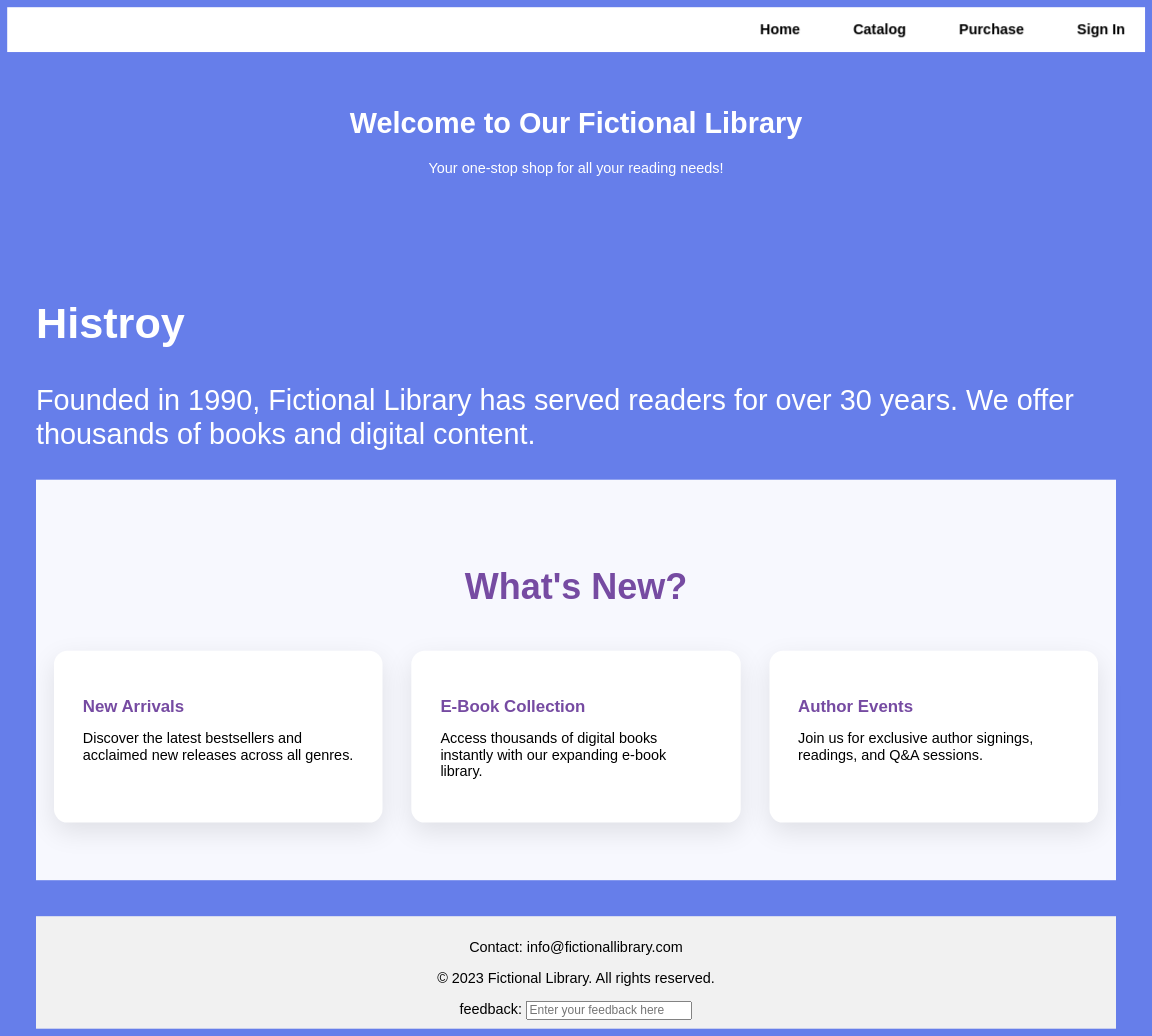
Repository: Ibrahim-Abohola/BookStore
Page: Homepage.html
These files come from the project's save history. The page is drawn as it stood at one moment and after a run of saves; the edit follows.
The browser window is 1280 px wide. The pictures show the whole page, at 90% of full size.

Above is the page before, as saved 2025-07-16 01:03:51.
Not found: images/banner.jpg

After the next 2 saves:
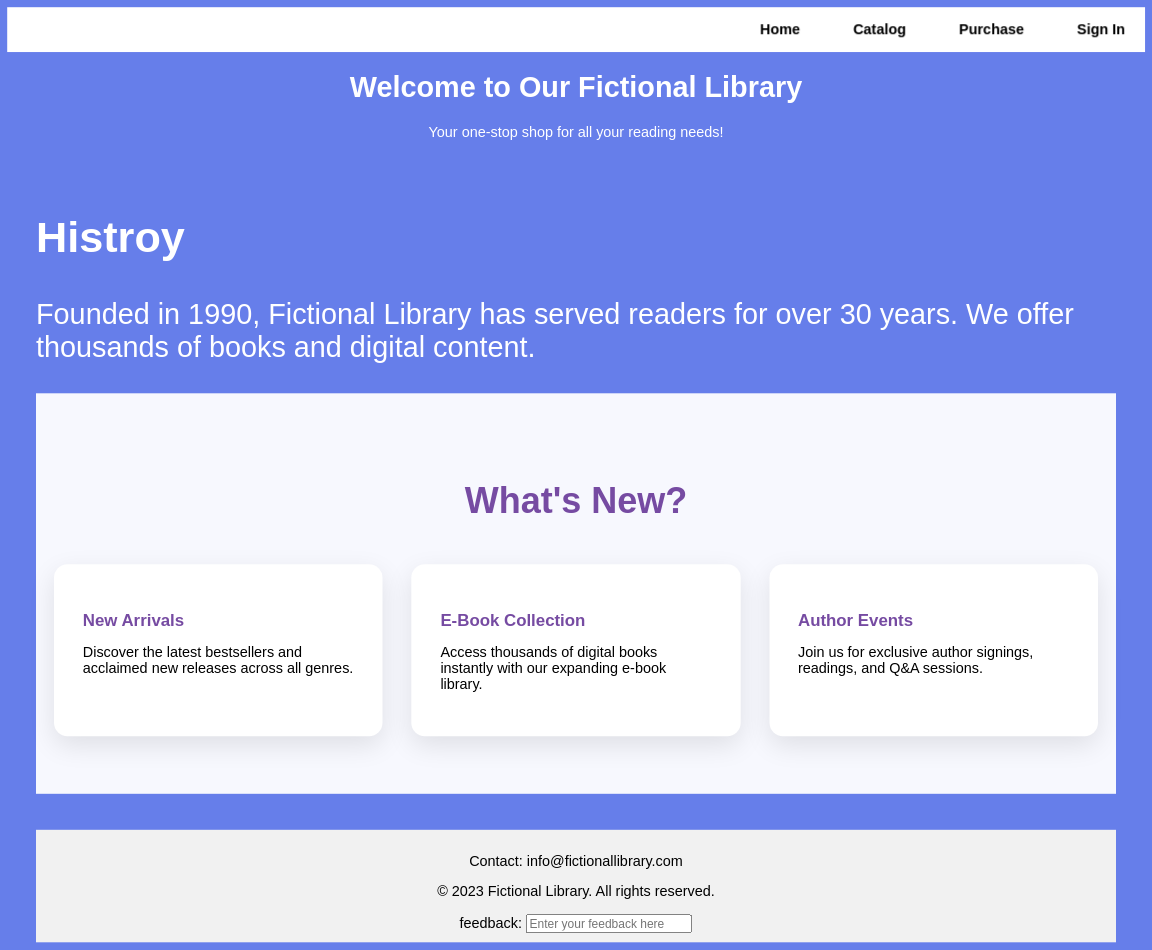
The 2 saves are shown as one change because they came seconds apart.
The last was saved 36 s later.
--- a/styles.css
+++ b/styles.css
@@ -65,7 +65,6 @@ nav ul li a {
 .hero {
     background: url('images/banner.jpg') center/cover;
     color: white;
-    padding: 40px;
     text-align: center;
 }
 .intro {
